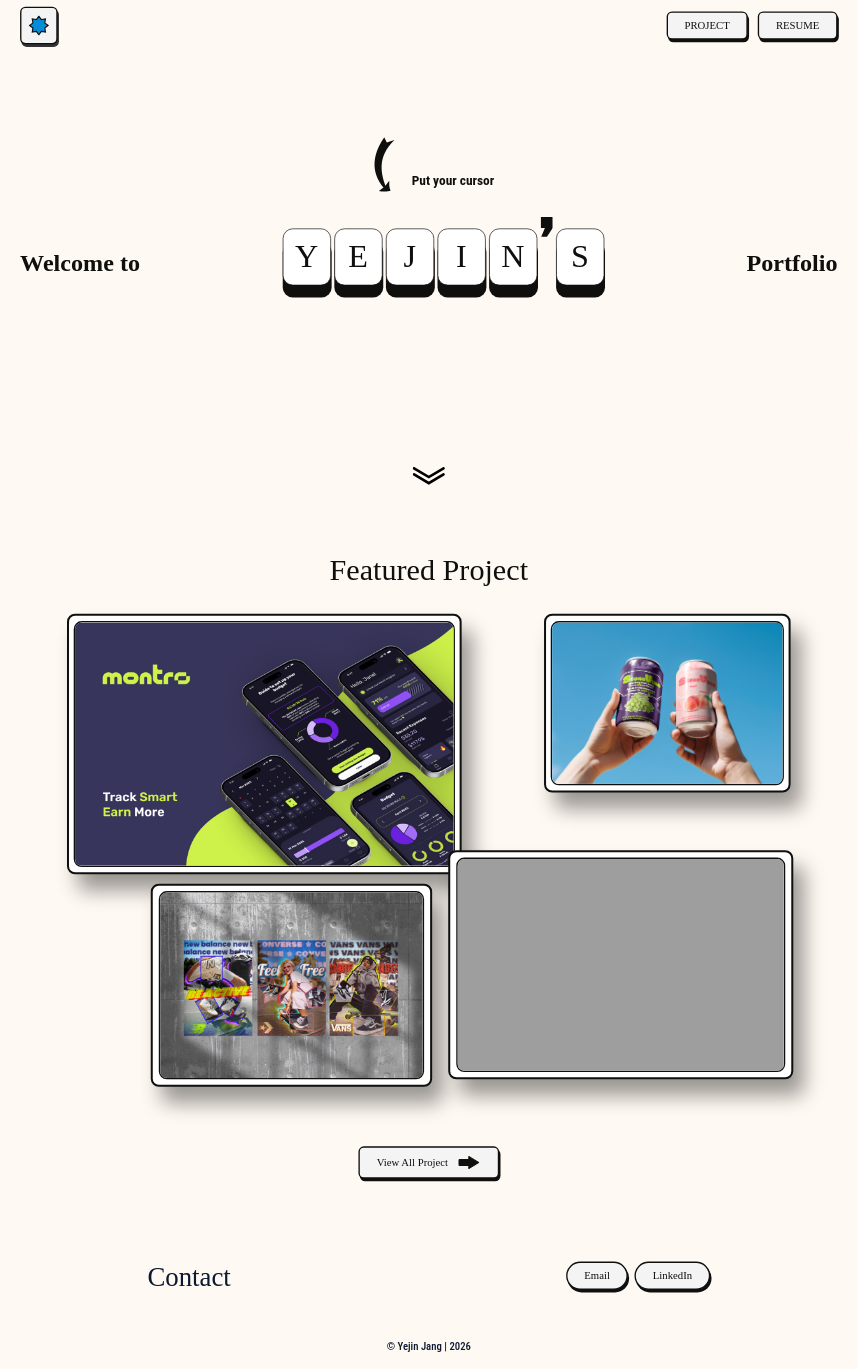
Repository: Yejin-Digital/Yejin.J.Portfolio
Page: /
The author's editor kept a copy of each file at every save. The page is drawn from the files as they stood at one save, then again after the next save.
The browser window is 1280 px wide. The pictures show the whole page, at 67% of full size.
Pictures or frames that could not be fetched are drawn as grey boxes. The project was rebuilt for these pictures with package versions that can differ from the ones it lists, and the page was loaded fresh each time. Also part of the build but not shown: vite.config.js, src/styles/Project.module.css, src/styles/ProjectSelection.module.css, src/components/ProjectSelection.jsx, src/pages/Project.jsx, src/styles/Packaging.module.css, src/styles/Mockup.module.css, src/components/Mockup.jsx and 7 more.

Above is the page before, as saved 2026-02-15 02:31:50.

After the next save:
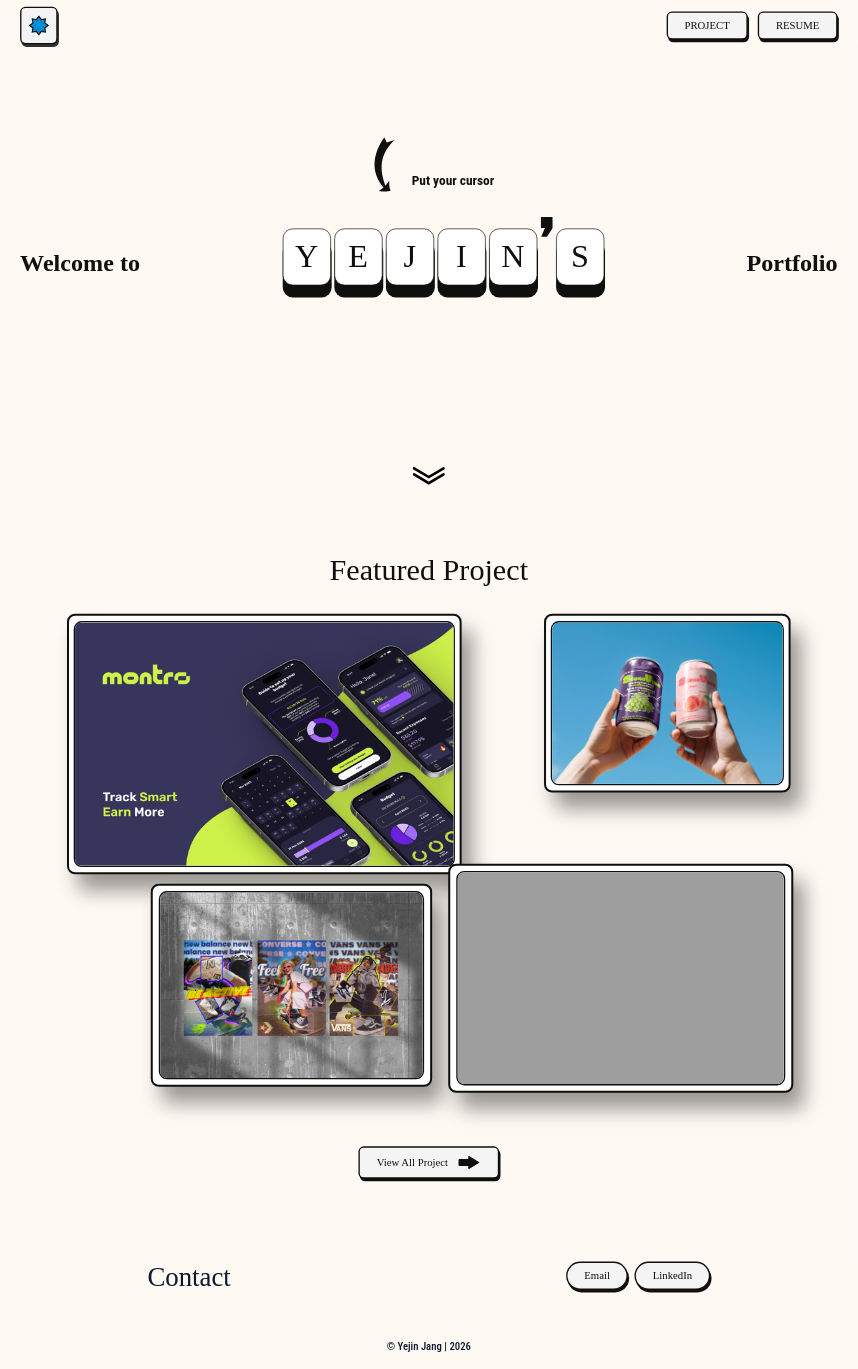
Saved 6 s later.
--- a/src/styles/LandingProject.module.css
+++ b/src/styles/LandingProject.module.css
@@ -51,7 +51,7 @@
 .cellBottomRight {
   grid-area: 2 / 2;
   z-index: 1;
-  top: -60px;
+  top: -40px;
   right: 20px;
 }
 
